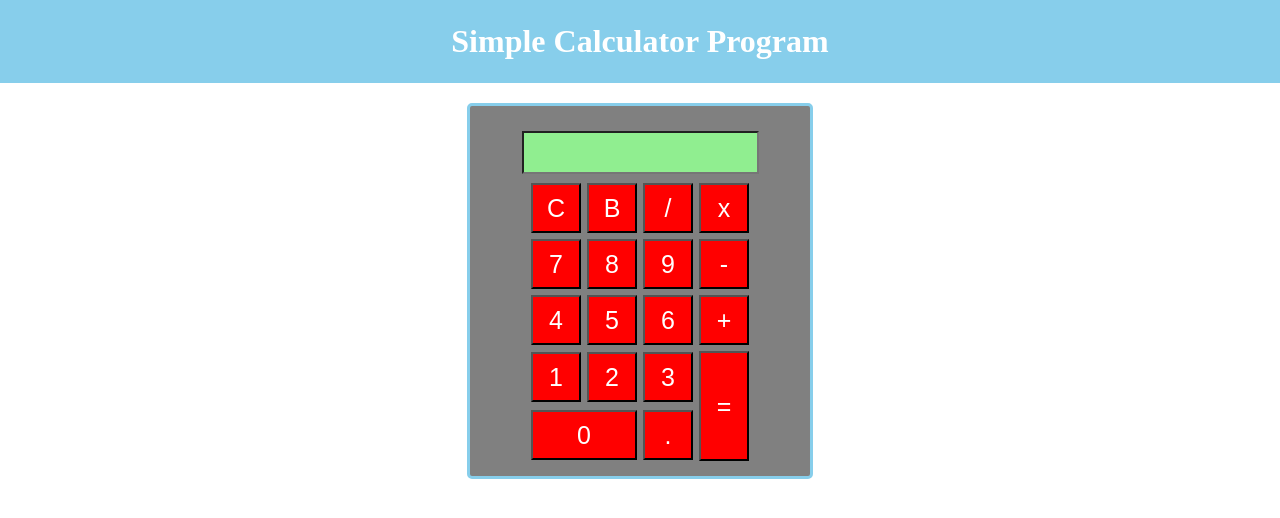
Repository: itchyPsycho02/itchyPsycho02.github.io
Page: Program-using-DOM/programUsingDOM.html
These files come from the project's save history. The page is drawn as it stood at one moment and after the next save; the edit follows.
The browser window is 1280 px wide. The pictures show the whole page.

Above is the page before, as saved 2022-11-01 11:33:49.

### Program-using-DOM/programUsingDOM.html
<!DOCTYPE html>
<html>
  <head>
    <title>Simple Calculator Program</title>
    <script>
      // Use insert() function to insert the number in textview.
      function insert(num) {
        document.form1.textview.value = document.form1.textview.value + num;
      }
      // Use equal() function to return the result based on passed values.
      function equal() {
        var exp = document.form1.textview.value;
        if (exp) {
          document.form1.textview.value = eval(exp);
        }
      }
      /* Here, we create a backspace() function to remove the number at the end of the numeric
series in textview. */
      function backspace() {
        var exp = document.form1.textview.value;
        document.form1.textview.value = exp.substring(
          0,
          exp.length - 1
        ); /* remove the element
from total length ? 1 */
      }
    </script>
    <style>
      /* Create the Outer layout of the Calculator. */
      .formstyle {
        width: 300px;
        height: 330px;
        margin: 20px auto;
        border: 3px solid skyblue;
        border-radius: 5px;
        padding: 20px;
        text-align: center;
        background-color: grey;
      }
      /* Display top horizontal bar that contain some information. */
      h1 {
        text-align: center;
        padding: 23px;
        background-color: skyblue;
        color: white;
      }
      input:hover {
        background-color: green;
      }
      * {
        margin: 0;
        padding: 0;
      }
      /* It is used to create the layout for calculator button. */
      .btn {
        width: 50px;
        height: 50px;
        font-size: 25px;
        margin: 2px;
        cursor: pointer;
        background-color: red;
        color: white;
      }
      /* It is used to display the numbers, operations and results. */
      .textview {
        width: 223px;
        margin: 5px;
        font-size: 25px;
        padding: 5px;
        background-color: lightgreen;
      }
    </style>
  </head>
  <body>
    <h1>Simple Calculator Program</h1>
    <div class="formstyle">
      <form name="form1">
        <input class="textview" name="textview" />
      </form>
      <center>
        <table>
          <tr>
            <td>
              <input
                class="btn"
                type="button"
                value="C"
                onmouseout="form1.textview.value = ' ' "
              />
            </td>
            <td>
              <input
                class="btn"
                type="button"
                value="B"
                onclick="backspace()"
              />
            </td>
            <td>
              <input
                class="btn"
                type="button"
                value="/"
                onclick="insert('/')"
              />
            </td>
            <td>
              <input
                class="btn"
                type="button"
                value="x"
                onclick="insert('*')"
              />
            </td>
          </tr>

          <tr>
            <td>
              <input class="btn" type="button" value="7" onclick="insert(7)" />
            </td>
            <td>
              <input class="btn" type="button" value="8" onclick="insert(8)" />
            </td>
            <td>
              <input class="btn" type="button" value="9" onclick="insert(9)" />
            </td>
            <td>
              <input
                class="btn"
                type="button"
                value="-"
                onclick="insert('-')"
              />
            </td>
          </tr>

          <tr>
            <td>
              <input class="btn" type="button" value="4" onclick="insert(4)" />
            </td>
            <td>
              <input class="btn" type="button" value="5" onclick="insert(5)" />
            </td>
            <td>
              <input class="btn" type="button" value="6" onclick="insert(6)" />
            </td>
            <td>
              <input
                class="btn"
                type="button"
                value="+"
                onclick="insert('+')"
              />
            </td>
          </tr>

          <tr>
            <td>
              <input class="btn" type="button" value="1" onclick="insert(1)" />
            </td>
            <td>
              <input class="btn" type="button" value="2" onclick="insert(2)" />
            </td>
            <td>
              <input class="btn" type="button" value="3" onclick="insert(3)" />
            </td>
            <td rowspan="5">
              <input
                class="btn"
                style="height: 110px"
                type="button"
                value="="
                onmouseover="equal()"
              />
            </td>
          </tr>
          <tr>
            <td colspan="2">
              <input
                class="btn"
                style="width: 106px"
                type="button"
                value="0"
                onclick="insert(0)"
              />
            </td>
            <td>
              <input
                class="btn"
                type="button"
                value="."
                onclick="insert('.')"
              />
            </td>
          </tr>
        </table>
      </center>
    </div>
  </body>
</html>

After the next save:
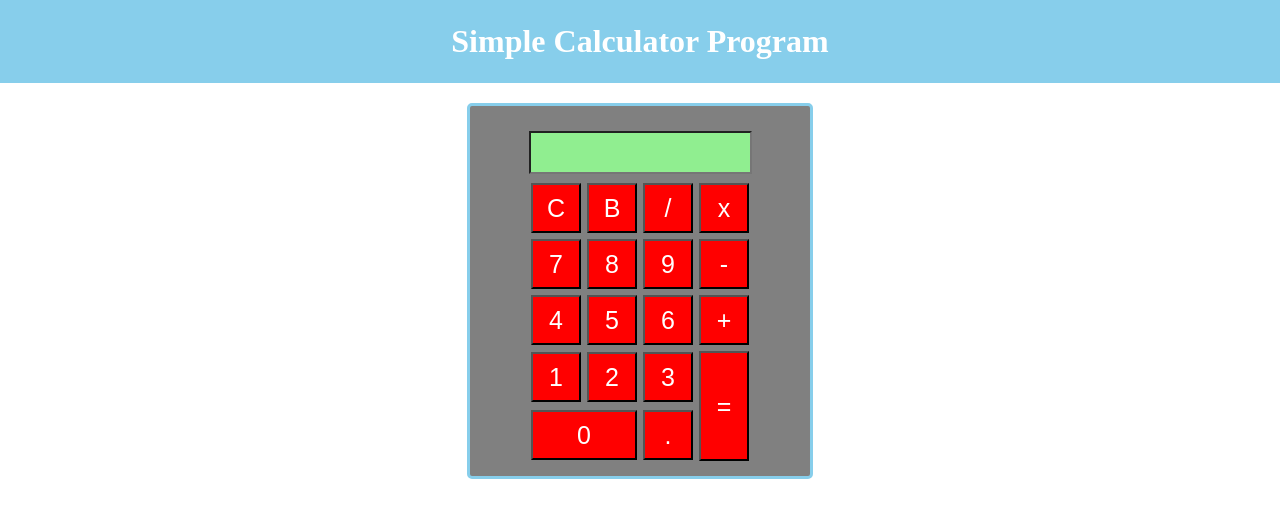
Saved 89 s later.
--- a/Program-using-DOM/programUsingDOM.html
+++ b/Program-using-DOM/programUsingDOM.html
@@ -1,32 +1,26 @@
-<!DOCTYPE html>
+<!---DOCTYPE HTML --->
 <html>
   <head>
     <title>Simple Calculator Program</title>
     <script>
-      // Use insert() function to insert the number in textview.
       function insert(num) {
         document.form1.textview.value = document.form1.textview.value + num;
       }
-      // Use equal() function to return the result based on passed values.
       function equal() {
         var exp = document.form1.textview.value;
         if (exp) {
           document.form1.textview.value = eval(exp);
         }
       }
-      /* Here, we create a backspace() function to remove the number at the end of the numeric
-series in textview. */
       function backspace() {
         var exp = document.form1.textview.value;
         document.form1.textview.value = exp.substring(
           0,
           exp.length - 1
-        ); /* remove the element
-from total length ? 1 */
+        );
       }
     </script>
     <style>
-      /* Create the Outer layout of the Calculator. */
       .formstyle {
         width: 300px;
         height: 330px;
@@ -37,7 +31,6 @@ from total length ? 1 */
         text-align: center;
         background-color: grey;
       }
-      /* Display top horizontal bar that contain some information. */
       h1 {
         text-align: center;
         padding: 23px;
@@ -51,7 +44,6 @@ from total length ? 1 */
         margin: 0;
         padding: 0;
       }
-      /* It is used to create the layout for calculator button. */
       .btn {
         width: 50px;
         height: 50px;
@@ -61,7 +53,6 @@ from total length ? 1 */
         background-color: red;
         color: white;
       }
-      /* It is used to display the numbers, operations and results. */
       .textview {
         width: 223px;
         margin: 5px;
